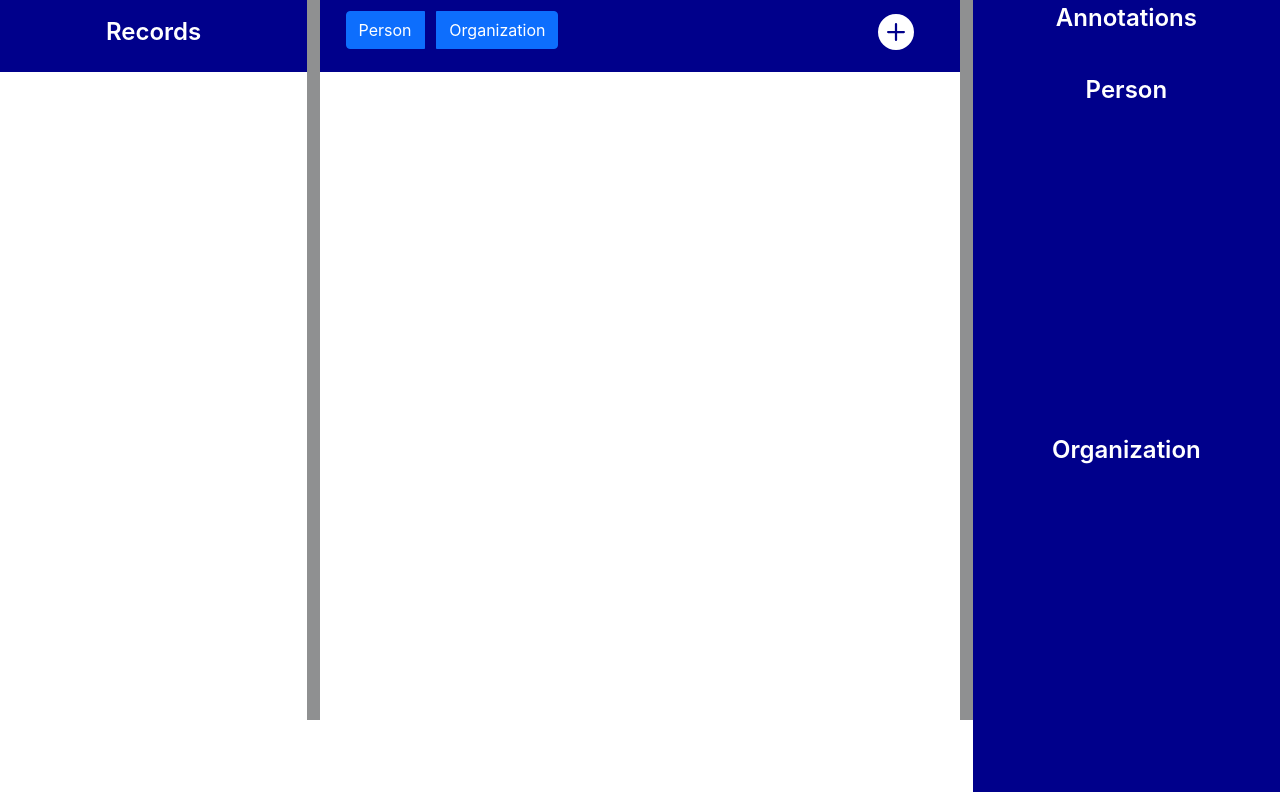
Repository: napan24/classforma_assignment
Page: / (app in client/)
The author's editor kept a copy of each file at every save. The page is drawn from the files as they stood at one save, then again after the next save.
The browser window is 1280 px wide. The pictures show the whole page.
The project was rebuilt for these pictures with package versions that can differ from the ones it lists, and the page was loaded fresh each time. Also part of the build but not shown: client/src/App.css.

Above is the page before, as saved 2022-07-20 15:32:35.

After the next save:
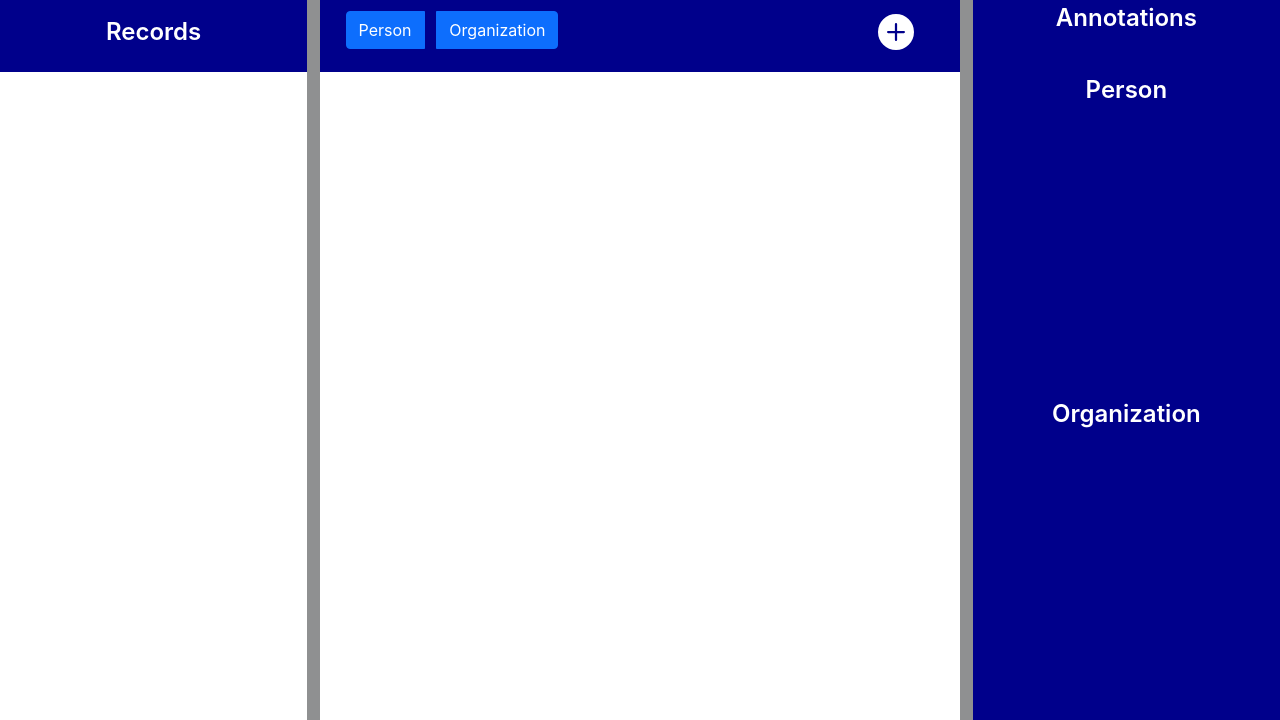
Saved 13 s later.
--- a/client/src/Home.js
+++ b/client/src/Home.js
@@ -88,7 +88,7 @@ const Home = () => {
                             Person
                         </p>
                     </div>
-                    <div style={{ width: "24vw", height: "45vh", backgroundColor: "#00008b", textAlign: 'center', fontSize: '150%', color: "white", fontWeight: "600", zIndex: "2", overflowY: "scroll" }}>
+                    <div style={{ width: "24vw", height: "40vh", backgroundColor: "#00008b", textAlign: 'center', fontSize: '150%', color: "white", fontWeight: "600", zIndex: "2", overflowY: "scroll" }}>
                         {personName && personName.map((user) => (
                             user.length > 0 && <div style={{ width: "23vw", backgroundColor: "black", color: "white", height: "3vh", fontSize: "2vh", borderBottom: '1px solid white' }}>
                                 {user}
@@ -100,7 +100,7 @@ const Home = () => {
                             Organization
                         </p>
                     </div>
-                    <div style={{ width: "24vw", height: "45vh", backgroundColor: "#00008b", textAlign: 'center', fontSize: '150%', color: "white", fontWeight: "600",overflowY: "scroll" }}>
+                    <div style={{ width: "24vw", height: "40vh", backgroundColor: "#00008b", textAlign: 'center', fontSize: '150%', color: "white", fontWeight: "600",overflowY: "scroll" }}>
                         {placeName && placeName.map((user) => (
                             user.length > 0 && <div style={{ width: "23vw", backgroundColor: "black", color: "white", height: "3vh", fontSize: "2vh", borderBottom: '1px solid white' }}>
                                 {user}
